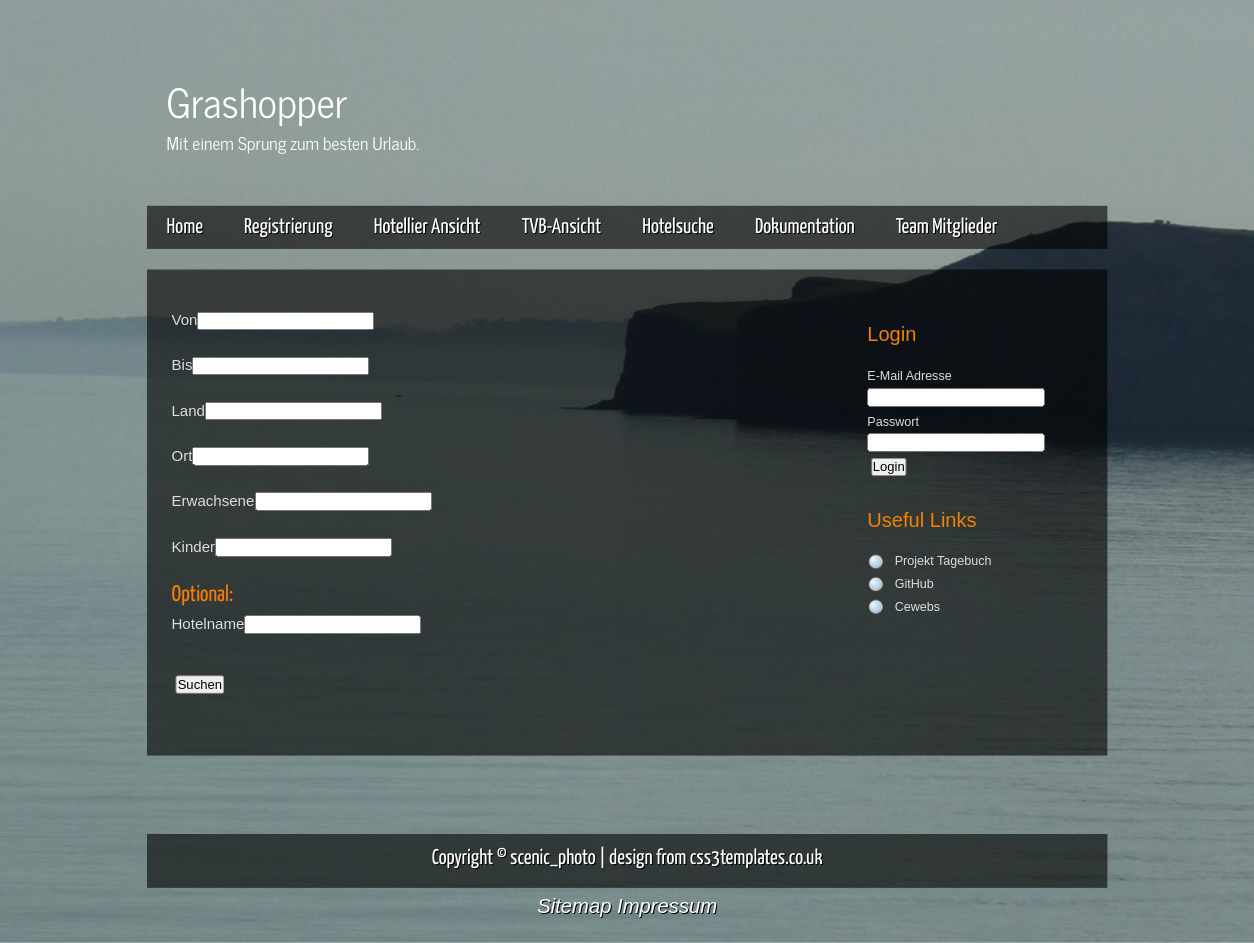
Repository: swe2013hotel2/grashopper
Page: http://localhost/Grasshopper/Hotelsuche.jsp
An editor plug-in stored every save of this project. The page is shown before and after the next save, followed by the edit.
The browser window is 1280 px wide. The pictures show the whole page, at 98% of full size.
Backgrounds fixed to the window are drawn as part of the page. The page is served by Tomcat 9.

Above is the page before, as saved 2013-12-11 10:45:14.
Console error: ReferenceError: jQuery is not defined

After the next save:
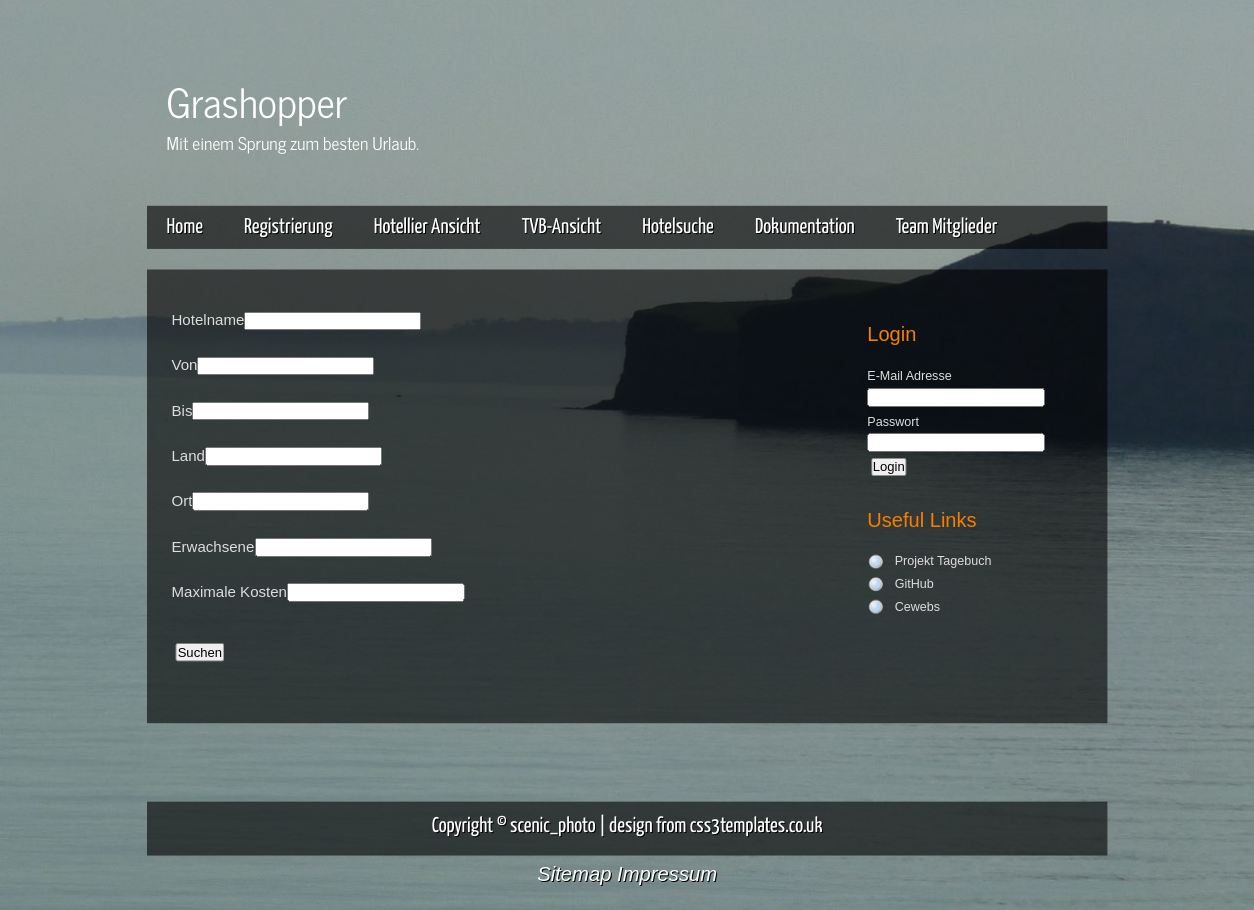
Saved 4 min 17 s later.
--- a/workspaceJSP2/Grasshopper/WebContent/Hotelsuche.jsp
+++ b/workspaceJSP2/Grasshopper/WebContent/Hotelsuche.jsp
@@ -6,14 +6,14 @@
 
    <form action="Hotelsuche" action="Hotelsuche" method="post">
 
+		<p><span>Hotelname</span><input type="text" name="hotelname" value="" /></p>
          <p><span>Von</span><input type="text" name="von" value="" /></p>
 		 <p><span>Bis</span><input type="text" name="bis" value="" /></p>
        	 <p><span>Land</span><input type="text" name="land" value="" /></p>
       	 <p><span>Ort</span><input type="text" name="ort" value="" /></p>
       	 <p><span>Erwachsene</span><input type="text" name="erwachsene" value="" /></p>
-         <p><span>Kinder</span><input type="text" name="kinder" value="" /></p>
-		 <h4>Optional:</h4>
-      	 <p><span>Hotelname</span><input type="text" name="hotelname" value="" /></p>
+         <p><span>Maximale Kosten</span><input type="text" name="maxkosten" value="" /></p>
+
 
         <p style="padding-top: 15px"><span>&nbsp;</span><input class="submit" type="submit" name="name" value="Suchen" onclick="redirect()"></p>
 
